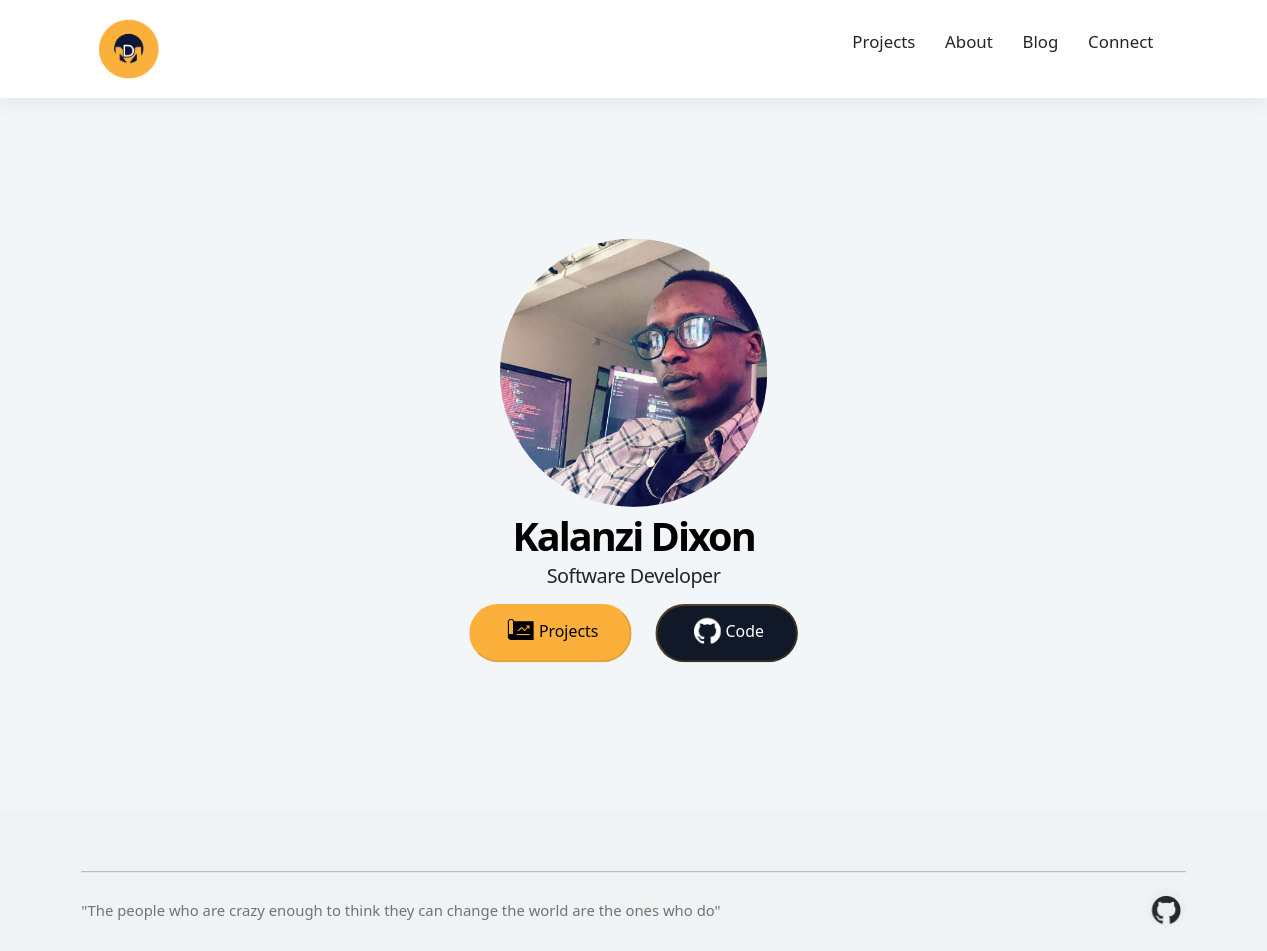
Repository: kaizoku010/firebrand
Page: /
These files come from the project's save history. The page is drawn as it stood at one moment and after the next save; the edit follows.
The browser window is 1280 px wide. The pictures show the whole page, at 99% of full size.
The project was rebuilt for these pictures with package versions that can differ from the ones it lists, and the page was loaded fresh each time. Also part of the build but not shown: vite.config.js, src/update/about.css, src/components/chips.css, src/components/chips.js, src/update/about.js, src/dataPoint/AllProjects.js, src/update/appsPage.js, src/update/blog.css and 4 more.

Above is the page before, as saved 2025-06-05 11:39:28.

### public/index.html
<!DOCTYPE html>
<html lang="en">
  <head>
    <meta charset="utf-8" />
    <link rel="icon" href="%PUBLIC_URL%/logo.ico" />
    <meta name="viewport" content="width=device-width, initial-scale=1" />
    <meta name="theme-color" content="#000000" />
    <meta
      name="description"
      content="Welcome to Firebrand"
    />
    <link rel="apple-touch-icon" href="%PUBLIC_URL%/logo.png" />
    <!--
      manifest.json provides metadata used when your web app is installed on a
      user's mobile device or desktop. See https://developers.google.com/web/fundamentals/web-app-manifest/
    -->
    <link rel="manifest" href="%PUBLIC_URL%/manifest.json" />

    <title>Kalanxi</title>
    <!-- Global site tag (gtag.js) - Google Analytics -->
<script async src="https://www.googletagmanager.com/gtag/js?id=G-C8GX9VTJ6W"></script>
<script>
  window.dataLayer = window.dataLayer || [];
  function gtag(){dataLayer.push(arguments);}
  gtag('js', new Date());

  gtag('config', 'G-C8GX9VTJ6W');
</script>
<script async src="https://pagead2.googlesyndication.com/pagead/js/adsbygoogle.js?client=ca-pub-3855618579065381"
     crossorigin="anonymous"></script>
     <script async custom-element="amp-ad" src="https://cdn.ampproject.org/v0/amp-ad-0.1.js"></script>
  </head>
  <body>
    <noscript>You need to enable JavaScript to run this app.</noscript>
    <div id="root"></div>

  </body>
</html>

### src/App.css
body {
  -webkit-font-smoothing: antialiased;
  background-color: #f3f6f8;
  margin-top: 0px;
  font-family:  ui-sans-serif,system-ui,-apple-system,BlinkMacSystemFont,Segoe UI,Roboto,Helvetica Neue,Arial,Noto Sans,sans-serif,apple color emoji,segoe ui emoji,Segoe UI Symbol,noto color emoji;
;
}

.content{
display: none !important;
}

a {
  text-decoration: none;
  color: #5747ff !important;
}

@media only screen and (max-width: 900px) {
  .holder__ {
    text-align: center;
    padding: 20px;
  }
}

.thumb-lg {
  height: 88px;
  width: 88px;
}
.profile-user-box {
  position: relative;
  border-radius: 5px;
}
.bg-custom {
  /*background-color: #02c0ce !important;  */
  background-color: #02191b !important;
  /* 02191b */
}
.profile-user-box {
  position: relative;
  border-radius: 5px;
}

.card-box {
  padding: 20px;
  position: sticky;
  border-radius: 3px;
  margin-bottom: 30px;
  z-index: 1;
  top: 0;
  background-color: #fff;
}
.inbox-widget .inbox-item img {
  width: 40px;
}

.inbox-widget .inbox-item {
  border-bottom: 1px solid #f3f6f8;
  overflow: hidden;
  padding: 10px 0;
  position: relative;
}

.inbox-widget .inbox-item .inbox-item-img {
  display: block;
  float: left;
  margin-right: 15px;
  width: 40px;
}

.inbox-widget .inbox-item img {
  width: 40px;
}

.inbox-widget .inbox-item .inbox-item-author {
  color: #313a46;
  display: block;
  margin: 0;
}

.inbox-widget .inbox-item .inbox-item-text {
  color: #98a6ad;
  display: block;
  font-size: 14px;
  margin: 0;
}

.inbox-widget .inbox-item .inbox-item-date {
  color: #98a6ad;
  font-size: 11px;
  position: absolute;
  right: 7px;
  top: 12px;
}

.comment-list .comment-box-item {
  position: relative;
}

.comment-list .comment-box-item .commnet-item-date {
  color: #98a6ad;
  font-size: 11px;
  position: absolute;
  right: 7px;
  top: 2px;
}

.comment-list .comment-box-item .commnet-item-msg {
  color: #313a46;
  display: block;
  margin: 10px 0;
  font-weight: 400;
  font-size: 15px;
  line-height: 24px;
}

.comment-list .comment-box-item .commnet-item-user {
  color: #98a6ad;
  display: block;
  font-size: 14px;
  margin: 0;
}

.comment-list a + a {
  margin-top: 15px;
  display: block;
}

.ribbon-box .ribbon-primary {
  background: #2d7bf4;
}

.ribbon-box .ribbon {
  position: relative;
  float: left;
  clear: both;
  padding: 5px 12px 5px 12px;
  margin-left: -30px;
  margin-bottom: 15px;
  font-family: Rubik, sans-serif;
  -webkit-box-shadow: 2px 5px 10px rgba(49, 58, 70, 0.15);
  -o-box-shadow: 2px 5px 10px rgba(49, 58, 70, 0.15);
  box-shadow: 2px 5px 10px rgba(49, 58, 70, 0.15);
  color: #fff;
  font-size: 13px;
}
.text-custom {
  color: #949797 !important;
}

.badge-custom {
  background: #02c0ce;
  color: #fff;
}
.badge {
  font-family: Rubik, sans-serif;
  -webkit-box-shadow: 0 0 24px 0 rgba(0, 0, 0, 0.06),
    0 1px 0 0 rgba(0, 0, 0, 0.02);
  box-shadow: 0 0 24px 0 rgba(0, 0, 0, 0.06), 0 1px 0 0 rgba(0, 0, 0, 0.02);
  padding: 0.35em 0.5em;
  font-weight: 500;
}
.text-muted {
  color: #98a6ad !important;
}
project_list
.font-13 {
  font-size: 13px !important;
}

.fire-text {
  text-align: justify;
}

@media screen and (max-width: 800px) {
  .card-box {
    padding: 20px !important;
    position: sticky;
    border-radius: 3px;
    margin-bottom: 30px;
    z-index: 1;
    top: 0;
    background-color: #fff;
  }
}


.main-color{
  color: #fbb03b;
}

### src/update/header.js
import React from 'react'
import "./header.css"
import Logo from "../img/logo.png"
import Email from "../img/email.png"
import { Link } from "react-router-dom";

function header() {
  return (
      <header class="header">
    <nav>
    <div class="logo">
          <a class="name_logo" href="index.html">Muneza.<span>Dixon</span></a>
        <Link to="/">  <img class="fireband-logo" src={ Logo} /></Link>
    </div>
    <input type="checkbox" id="menu-toggle"/>
    <label for="menu-toggle" class="menu-icon">&#9776;</label>
    <ul class="menu">
      <li><Link to={"apps"}>Projects</Link></li>
      <li><Link to={"about"} href="#">About</Link></li>
      <li><Link to={"blog"}>Blog</Link></li>
      <li><a href={"connect"}>Connect</a></li>
    </ul>
  </nav>
</header>
  )
}
// #9f0009 reds
export default header

### src/update/homescreen.js
import React from "react";
import UserImage from "../img/pp.jpg";
import "./homescreen.css";
import { Link } from "react-router-dom";
import CodeIc from "../img/code-ic.png";
import ProjectIc from "../img/project-ic.png";

function homescreen() {
  return (
    <div class="homepage">
      <main className="main-content">
        <img id="userImage" src={UserImage} />
        <h1 className="userName">Kalanzi Dixon</h1>
        <h2 className="userRole"> Software Developer</h2>
        <div className="site-holder">
          <Link to="/apps">
            <button id="btn-projects">
              <img className="project-ic" src={ProjectIc} />
              Projects
            </button>
          </Link>

          <Link target="_blank" to="https://github.com/kaizoku010">
            <button id="btn-code">
              <img className="project-ic" src={CodeIc} />
              Code
            </button>
          </Link>
        </div>
      </main>
    </div>
  );
}

export default homescreen;

### src/update/header.css
header_div {
    padding: 0;
    margin: 0;
    box-sizing: border-box;
    font-family: sans-serif;
    text-decoration: none;
    list-style: none;
  }


  .name_logo{
    display:none;
  }

  .header {
    position: sticky;
    top: 0;
    grid-area: header;
    width: 100%;
    box-shadow: 0 4px 20px hsla(207, 24%, 35%, 0.1);
    background-color: white;
    z-index: 2;
  }

  .email-ic{
    width:38px;
  }

  nav {
    display: flex;
    justify-content: space-between;
    align-items: center;
    padding: 20px 100px;
  }

  .logo a {
    font-size: 24px;
    font-weight: bold;
    color: #fff;
  }

  .logo a span {
    color: #8739fa;
  }


  .menu {
    display: flex;
    list-style:none;
    justify-content: center;
    align-items: center;
  }

  .menu a {
    display: block;
    padding: 7px 15px;
    font-size: 17px;
    font-weight: 500;
    transition: 0.2s all ease-in-out;
    color: #fff;
  }

  .menu:hover a {
    opacity: 0.4;
  }

  .menu a:hover {
    opacity: 1;
    color: #fff;
  }

  .menu-icon {
    display: none;
  }

  #menu-toggle {
    display: none;
  }

  #menu-toggle:checked ~ .menu {
    transform: scale(1, 1);
  }

  @media only screen and (max-width: 950px) {
    .menu {
      flex-direction: column;
      background-color: white;
      align-items: start;
      position: absolute;
      top: 82px;
      left: 0;
      width: 100%;
      z-index: 1;
      padding-left: 10px;
      transform: scale(1, 0);
      transform-origin: top;
      transition: transform 0.3s ease-in-out;
      box-shadow: rgba(0, 0, 0, 0.15) 1.95px 1.95px 2.6px;
    }

    nav {
      display: flex;
      justify-content: space-between;
      align-items: center;
      padding: 18px 30px;
  }

    .name_logo{
        display:none;
      }

    .menu a {
      margin-left: 12px;
    }

    .menu li {
      margin-bottom: 10px;
    }

    .menu-icon {
      display: block;
      color: black;
      font-size: 28px;
      cursor: pointer;
    }
    /* my logo */

  .fireband-logo{
    width: 50px !important;

  }
  }



  .fireband-logo{
    width: 60px;
  }


  .header a {
    color:#212529 !important
      }
    .header a:hover {
        color:#fbb03b !important;
    }

### src/update/homescreen.css
.homepage{
    /* margin-top: 50px; */
    display: flex;
    place-content: center;
    height: 100vh;
    align-items: center;
    position: relative;

    min-height: 500px;
}

.main-content{
    text-align: center;
    display: flex;
    flex-direction: column;
}

#userImage{
    border-radius: 50% !important;
    align-self: center;
    margin-bottom: 10px;
    width: 60%;
}

.userName{
    letter-spacing: -.05em;
    font-size: 2.5rem;
    text-align: center;
    background: -webkit-radial-gradient(#030303, #010001);
    -webkit-background-clip: text;
    background-clip: text;
    -webkit-text-fill-color: transparent;
    line-height: 1;
    font-weight: 700;
    white-space: nowrap;
}

.userRole{
    max-width: 48rem;
    font-size: 20px;
    font-weight: 100;
    margin-left: auto;
    letter-spacing: -.025em;
    color: rgb(17 24 39 / var(50%));
    text-align: center;
    margin-right: auto;
}

.site-holder{
    padding-left: 1.5rem;
    flex-wrap: nowrap;
    padding-right: 1.5rem;
    gap: 1.5rem;
    margin-top: 0.5rem;
    margin-bottom: 0.5rem;
    justify-content: center;
    display: flex;
    flex-direction: row;
}

#btn-projects{
    color: rgb(255 255 255 / var(10%));
    padding-top: 0.75rem;
    background-color: #fbb03b;
    padding-bottom: 0.75rem;
    opacity: 1;
    line-height: 1.375;
    color: black;
    font-weight: 500;
    border-radius: 2.5rem;
    border-color: #fbb03b45;
    padding-left: 2rem;
    padding-right: 2rem;
}

#btn-projects:hover{
    background-color: #efa123;

}


.project-ic{
    height:26px;
    padding-right: 5px;

    padding-left: 5px;
    margin-bottom: 5px !important;
}

#btn-code{
background-color:  rgb(17 24 39);
color: rgb(255 255 255 / var(10%));
padding-top: 0.75rem;
padding-bottom: 0.75rem;
opacity: 1;
line-height: 1.375;
color: white;
font-weight: 500;
border-radius: 2.5rem;
border-color: #fbb03b45;
padding-left: 2rem;
padding-right: 2rem;
}

#btn-code:hover{
    background-color: rgb(71, 74, 81);

}

@media only screen and (max-width: 950px) {
    .homepage {
        display: flex;
        place-content: center;
        height: 100%;
        align-items: center;
        position: relative;
    }

    .site-footer {
        position: relative;
        background-color: #f0f2f4e4;
        padding: 0px 0 20px !important;
        font-size: 15px;
        line-height: 24px;
        color: #737373;
    }
}

### src/update/appsPage.css
/* Base Styles */
:root {
  --primary-color: #333333;
  --secondary-color: #fbb03b;
  --accent-color: #fbb03b;
  --background-color: #f8f9fa;
  --card-bg-color: #ffffff;
  --text-color: #333333;
  --text-light: #6c757d;
  --border-radius: 12px;
  --box-shadow: 0 10px 30px rgba(0, 0, 0, 0.08);
  --transition: all 0.3s ease;
}

.appsHolder {
  background-color: var(--background-color);
  min-height: 100vh;
  padding-bottom: 4rem;
  overflow-x: hidden;
}

/* Loading Animation */
.loading-container {
  display: flex;
  flex-direction: column;
  align-items: center;
  justify-content: center;
  height: 100vh;
  background-color: var(--background-color);
}

.loader {
  width: 50px;
  height: 50px;
  border: 5px solid rgba(67, 97, 238, 0.2);
  border-radius: 50%;
  border-top-color: var(--primary-color);
  animation: spin 1s ease-in-out infinite;
  margin-bottom: 1rem;
}

@keyframes spin {
  to { transform: rotate(360deg); }
}

/* Hero Section */
.hero-section {
  display: none;
  position: relative;
  padding: 6rem 2rem 4rem;
  background: linear-gradient(135deg, #000 0%, #242229 100%);
  color: #bbb7b7;
  text-align: center;
  border-radius: 0px !important;
  margin-bottom: 3rem;
  overflow: hidden;
}


.apps-span {
  color: var(--secondary-color);
  position: relative;
  font-weight: 700 ;
  display: inline-block;
  text-decoration: none;
}

@media only screen and (max-width: 600px) {
  .appsHeading {
      font-size: 2.5rem !important;
  }
}

.hero-subtitle {
  font-size: 1rem;
  display: none !important;
}

  .tech-stack-list {
      justify-items: left;
      display: grid;
      font-size: 0.8rem;
      list-style: none !important;
      grid-template-columns: none !important;
      /* grid-gap: 20px !important; */
  }


.appsHeading {
  font-size: 3.5rem;
  font-weight: 200 !important;
  margin-bottom: 1rem;
  letter-spacing: -0.02em;
}

.hero-content {
  position: relative;
  z-index: unset !important;
}
.hero-shapes {
  position: absolute;
  top: 0;
  left: 0;
  width: 100%;
  height: 100%;
  z-index: 1;
  overflow: hidden;
}

.shape {
  position: absolute;
  border-radius: 50%;
  opacity: 0.2;
}

.shape-1 {
  width: 300px;
  height: 300px;
  background-color: rgba(255, 255, 255, 0.3);
  top: -100px;
  right: -100px;
  animation: float 8s ease-in-out infinite;
}

.shape-2 {
  width: 200px;
  height: 200px;
  background-color: rgb(255 193 7 / 21%);
  bottom: -50px;
  left: 10%;
  animation: float 12s ease-in-out infinite;
}

.shape-3 {
  width: 150px;
  height: 150px;
  background-color: rgba(255, 255, 255, 0.25);
  top: 30%;
  left: 20%;
  animation: float 10s ease-in-out infinite 1s;
}

@keyframes float {
  0% { transform: translateY(0) rotate(0deg); }
  50% { transform: translateY(-20px) rotate(5deg); }
  100% { transform: translateY(0) rotate(0deg); }
}

.appsHeading {
  line-height: 1;
  font-weight: 700;
  text-align: center !important;
  font-size: 3em !important;
  margin-bottom: 0px !important;
  letter-spacing: -0.05em !important;
  padding: 10% !important;
}

.apps-span {
  color: var(--secondary-color);
  position: relative;
  display: inline-block;
}

.apps-span::after {
  content: '';
  position: absolute;
  bottom: -5px;
  display: none !important;
  left: 0;
  width: 100%;
  height: 4px;
  background-color: var(--secondary-color);
  border-radius: 2px;
}

.hero-subtitle {
  font-size: 1.25rem;
  opacity: 0.9;
  max-width: 600px;
  margin: 0 auto;
}

/* Controls Container */
.controls-container {
  max-width: 1200px;
  margin: 0 auto 2rem;
  padding: 0 1.5rem;
  display: flex;
  flex-direction: column;
  gap: 1.5rem;
}

.search-container {
  position: relative;
  max-width: 500px;
  display: none;
  margin: 0 auto;
  width: 100%;
}

.search-input {
  width: 100%;
  padding: 1rem 1.5rem;
  border-radius: 50px;
  border: 2px solid #e0e0e0;
  font-size: 1rem;
  transition: var(--transition);
  box-shadow: 0 4px 10px rgba(0, 0, 0, 0.03);
}

.search-input:focus {
  outline: none;
  border-color: var(--primary-color);
  box-shadow: 0 4px 15px rgba(67, 97, 238, 0.15);
}

.search-icon {
  position: absolute;
  right: 1.5rem;
  top: 50%;
  transform: translateY(-50%);
  color: #aaa;
  font-size: 1.2rem;
}

.categories-container {
  display: flex;
  flex-wrap: wrap;
  margin-top: 5rem;
  gap: 0.75rem;
  justify-content: center;
}

.category-btn {
  padding: 0.6rem 1.2rem;
  border-radius: 50px;
  border: none;
  background-color: #e9ecef;
  color: var(--text-color);
  font-size: 0.9rem;
  font-weight: 500;
  cursor: pointer;
  transition: var(--transition);
}

.category-btn:hover {
  background-color: #dee2e6;
}

.category-btn.active {
  background-color: var(--primary-color);
  color: white;
}

/* Projects Grid */
.sites-holder {
  max-width: 1400px;
  margin: 0 auto;
  padding: 0 1.5rem;
}

.no-results {
  text-align: center;
  padding: 3rem 0;
  color: var(--text-light);
}

.sites-list {
  display: grid;
  grid-template-columns: repeat(auto-fill, minmax(350px, 1fr));
  gap: 2rem;
  list-style-type: none;
  padding: 0;
  margin: 0;
}

.sites {
  opacity: 0;
  transform: translateY(20px);
  animation: fadeInUp 0.5s forwards;
}

@keyframes fadeInUp {
  to {
    opacity: 1;
    transform: translateY(0);
  }
}

.project-card {
  background-color: var(--card-bg-color);
  border-radius: var(--border-radius);
  overflow: hidden;
  box-shadow: var(--box-shadow);
  transition: var(--transition);
  height: 100%;
  display: flex;
  flex-direction: column;
}

.project-card:hover {
  transform: translateY(-10px);
  box-shadow: 0 15px 35px rgba(0, 0, 0, 0.1);
}

.card-header {
  position: relative;
  padding: 1.5rem;
  display: flex;
  align-items: center;
  border-bottom: 1px solid #f0f0f0;
}

.site-logo {
  width: 70px;
  height: 70px;
  object-fit: contain;
  border-radius: 12px;
  background-color: #f8f9fa;
  padding: 0.5rem;
  box-shadow: 0 4px 10px rgba(0, 0, 0, 0.05);
}

.card-badges {
  display: flex;
  flex-wrap: wrap;
  gap: 0.5rem;
  margin-left: auto;
}

.card-content {
  padding: 1.5rem;
  flex-grow: 1;
}

.site-title {
  font-size: 1.5rem;
  font-weight: 700;
  margin-bottom: 0.5rem;
  color: var(--text-color);
  transition: var(--transition);
}

.site-location {
  font-size: 0.9rem;
  color: var(--text-light);
  margin-bottom: 1rem;
  display: flex;
  align-items: center;
}

.site-location::before {
  content: '📍';
  margin-right: 0.5rem;
}

.site-desc {
  font-size: 1rem;
  line-height: 1.6;
  color: var(--text-color);
  margin-bottom: 1.5rem;
  display: -webkit-box;
  -webkit-line-clamp: 3;
  -webkit-box-orient: vertical;
  overflow: hidden;
}

.card-footer {
  padding: 1rem 1.5rem;
  border-top: 1px solid #f0f0f0;
  display: flex;
  justify-content: space-between;
  align-items: center;
  background-color: #fafafa;
}

.view-project {
  font-weight: 600;
  color: var(--primary-color);
}

.arrow-icon {
  font-size: 1.2rem;
  color: var(--primary-color);
  transition: var(--transition);
}

.project-card:hover .arrow-icon {
  transform: translateX(5px);
}

/* Responsive Styles */
@media only screen and (max-width: 950px) {
  .appsHeading {
    font-size: 2.5rem;
  }

  .hero-section {
    display: none;
    padding: 4rem 1rem 3rem;
    border-radius: 0 0 15% 15% / 10%;
  }

  .sites-list {
    grid-template-columns: repeat(auto-fill, minmax(280px, 1fr));
    gap: 1.5rem;
  }

  .card-header {
    flex-direction: column;
    align-items: flex-start;
    gap: 1rem;
  }

  .card-badges {
    margin-left: 0;
  }

  .site-logo {
    width: 60px;
    height: 60px;
  }
}

@media only screen and (max-width: 600px) {
  .appsHeading {
    font-size: 2rem;
  }

  .hero-subtitle {
    font-size: 1rem;
  }

  .controls-container {
    padding: 1rem 1rem;
  }

  .sites-holder {
    padding: 0 1rem;
  }

  .sites-list {
    grid-template-columns: 1fr;
  }

  .category-btn {
    padding: 0.5rem 1rem;
    font-size: 0.8rem;
  }
}

/* Chip Styling */
.chip {
    padding: 0.4rem 0.8rem;
    border-radius: 50px;
    font-size: 0.8rem;
    font-weight: 500;
    color: white;
    background-color: rgb(51 51 51) !important;
    display: inline-block;
    box-shadow: 0 2px 5px rgba(0, 0, 0, 0.1);
}

/* Links */
.link-list {
  color: inherit;
  text-decoration: none !important;
  display: block;
  height: 100%;
}

a {
  color: inherit;
  text-decoration: none !important;
}

p {
  margin: 0;
  padding: 0;
}

### src/update/footer.css
.site-footer
{
  position: relative;
  background-color:#f0f2f4e4;
  padding:45px 0 20px;
  font-size:15px;
  line-height:24px;
  color:#737373;
}

.row{
  align-items: center !important;
}

.facebook{
    width: 30px;
}
.site-footer hr
{
  border-top-color:#bbb;
  opacity:0.5
}
.site-footer hr.small
{
  margin:20px 0
}
.site-footer h6
{
  color:#fff;
  font-size:16px;
  text-transform:uppercase;
  margin-top:5px;
  letter-spacing:2px
}
.site-footer a
{
  color:#737373;
}
.site-footer a:hover
{
  color:#3366cc;
  text-decoration:none;
}
.footer-links
{
  padding-left:0;
  list-style:none
}
.footer-links li
{
  display:block
}
.footer-links a
{
  color:#737373
}
.footer-links a:active,.footer-links a:focus,.footer-links a:hover
{
  color:#3366cc;
  text-decoration:none;
}
.footer-links.inline li
{
  display:inline-block
}
.site-footer .social-icons
{
  text-align:right
}
.site-footer .social-icons a
{
  width:40px;
  height:40px;
  line-height:40px;
  margin-left:6px;
  margin-right:0;
  border-radius:100%;
}
.copyright-text
{
  margin:0
}
@media (max-width:991px)
{
  .site-footer [class^=col-]
  {
    margin-bottom:30px
  }
}
@media (max-width:767px)
{

  .copyright-text{
    margin:10px;
  }
  .site-footer
  {
    padding-bottom:0
  }
  .site-footer .copyright-text,.site-footer .social-icons
  {
    text-align:center
  }
}
.social-icons
{
  padding-left:0;
  margin-bottom:0;
  list-style:none
}
.social-icons li
{
  display:inline-block;
  margin-bottom:4px
}
.social-icons li.title
{
  margin-right:15px;
  text-transform:uppercase;
  color:#96a2b2;
  font-weight:700;
  font-size:13px
}
.social-icons a{
  background-color:#eceeef;
  color:#818a91;
  font-size:16px;
  display:inline-block;
  line-height:44px;
  width:44px;
  height:44px;
  text-align:center;
  margin-right:8px;
  border-radius:100%;
  -webkit-transition:all .2s linear;
  -o-transition:all .2s linear;
  transition:all .2s linear
}
.social-icons a:active,.social-icons a:focus,.social-icons a:hover
{
  color:#fff;
  background-color:#ebebeb
}
.social-icons.size-sm a
{
  line-height:34px;
  height:34px;
  width:34px;
  font-size:14px
}
.social-icons a.facebook:hover
{
  background-color:#e7e9e9
}
.social-icons a.twitter:hover
{
  background-color:#00aced
}
.social-icons a.linkedin:hover
{
  background-color:#007bb6
}
.social-icons a.dribbble:hover
{
  background-color:#ea4c89
}
@media (max-width:767px)
{
  .social-icons li.title
  {
    display:block;
    margin-right:0;
    font-weight:600
  }
}

Loaded but not shown: src/index.js (common file); src/index.css (common file); src/reportWebVitals.js (common file); src/App.js (42 lines, source omitted); src/update/footer.js (34 lines, source omitted)

After the next save:
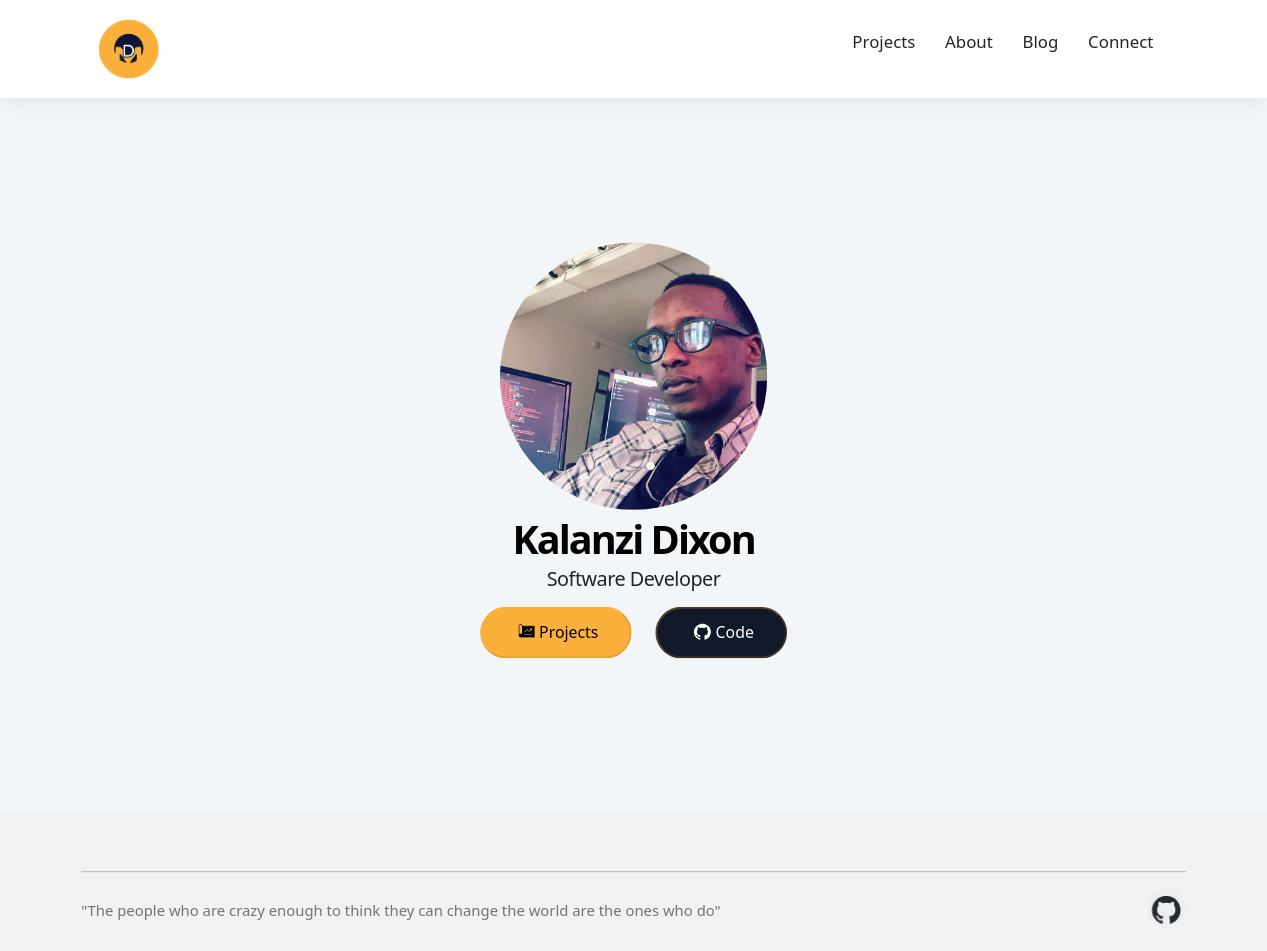
Saved 6 min 37 s later.
--- a/src/update/homescreen.css
+++ b/src/update/homescreen.css
@@ -80,7 +80,7 @@
 
 
 .project-ic{
-    height:26px;
+    height:1rem;
     padding-right: 5px;
 
     padding-left: 5px;
